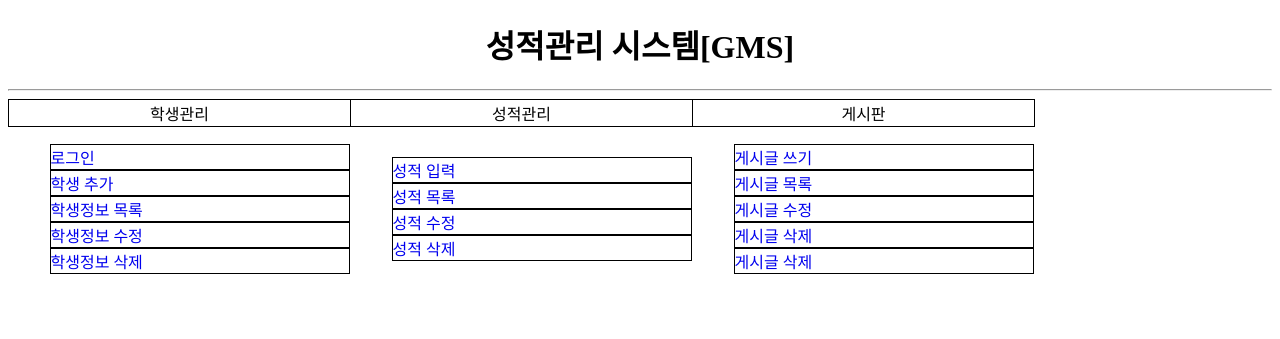
Repository: ByeonYJ/CSSTest
Page: GMSUI/WebContent/index.html
The author's editor kept a copy of each file at every save. The page is drawn from the files as they stood at one save, then again after the next save.
The browser window is 1280 px wide. The pictures show the whole page.

Above is the page before, as saved 2017-07-20 08:55:10.

After the next save:
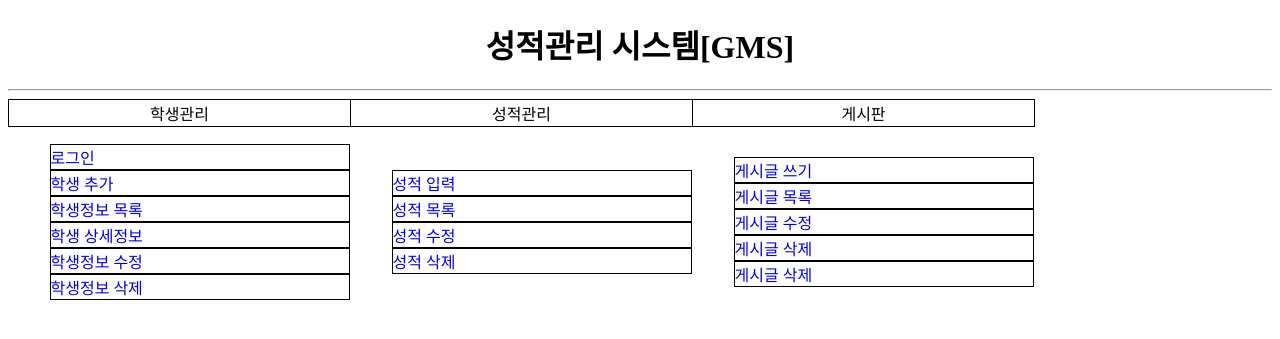
Saved 21 s later.
--- a/GMSUI/WebContent/index.html
+++ b/GMSUI/WebContent/index.html
@@ -24,6 +24,7 @@
 						<li><a href="member/member_login.html">로그인</a></li>
 						<li><a href="member/member_add.html">학생 추가</a></li>
 						<li><a href="member/member_list.html">학생정보 목록</a></li>
+						<li><a href="member/member_list.html">학생 상세정보</a></li>
 						<li><a href="member/member_update.html">학생정보 수정 </a></li>
 						<li><a href="member/member_delete.html">학생정보 삭제</a></li>
 					</ul>
